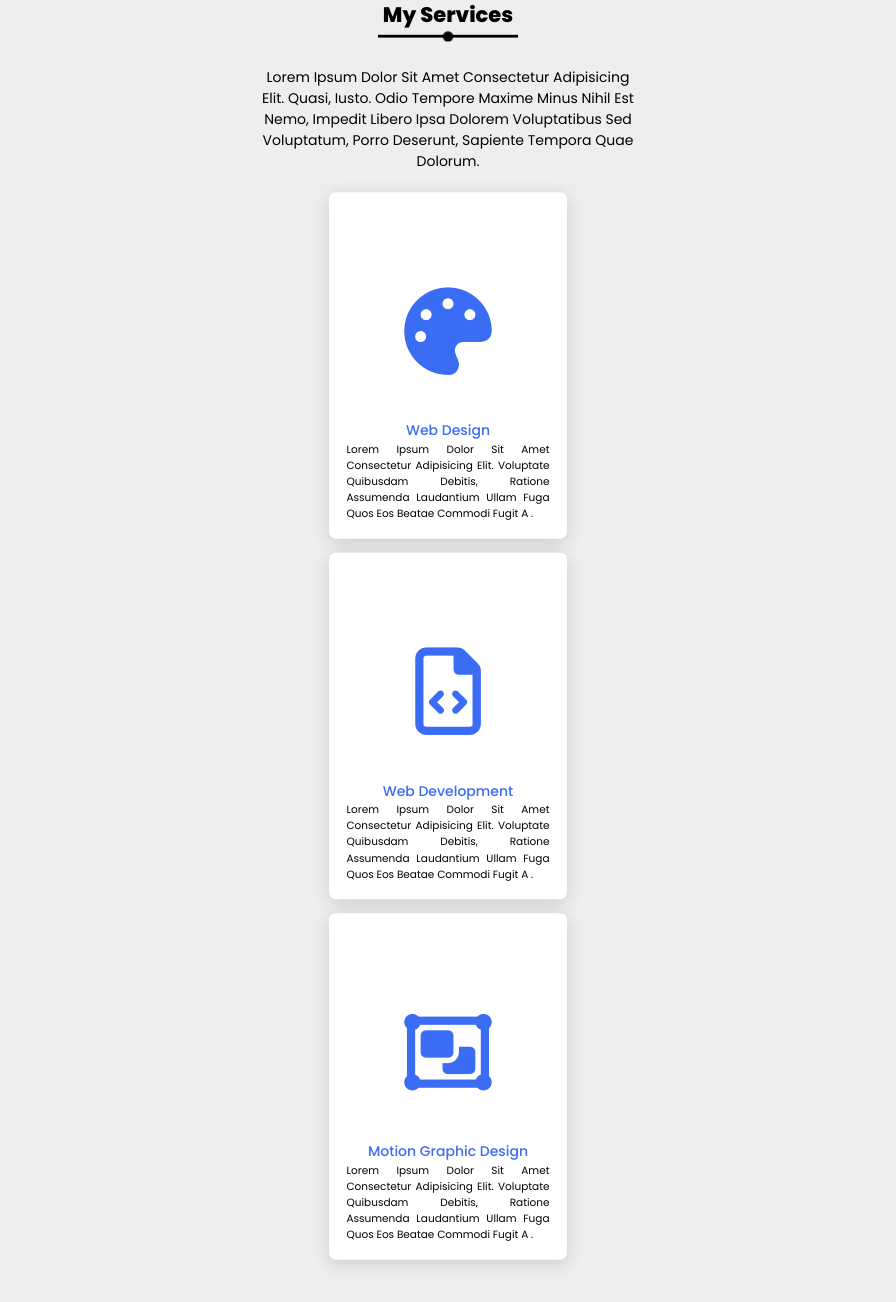
Repository: Pinocoding/New
Page: index.html
An editor plug-in stored every save of this project. The page is shown before and after the next save, followed by the edit.
The browser window is 1280 px wide. The pictures show the part of the page from y = 2544 to 4464 px (the page is 4404 px tall before and 4464 px after), at 70% of full size.
Backgrounds fixed to the window are drawn as part of the page.

Above is the page before, as saved 2021-10-13 23:45:56.

After the next save:
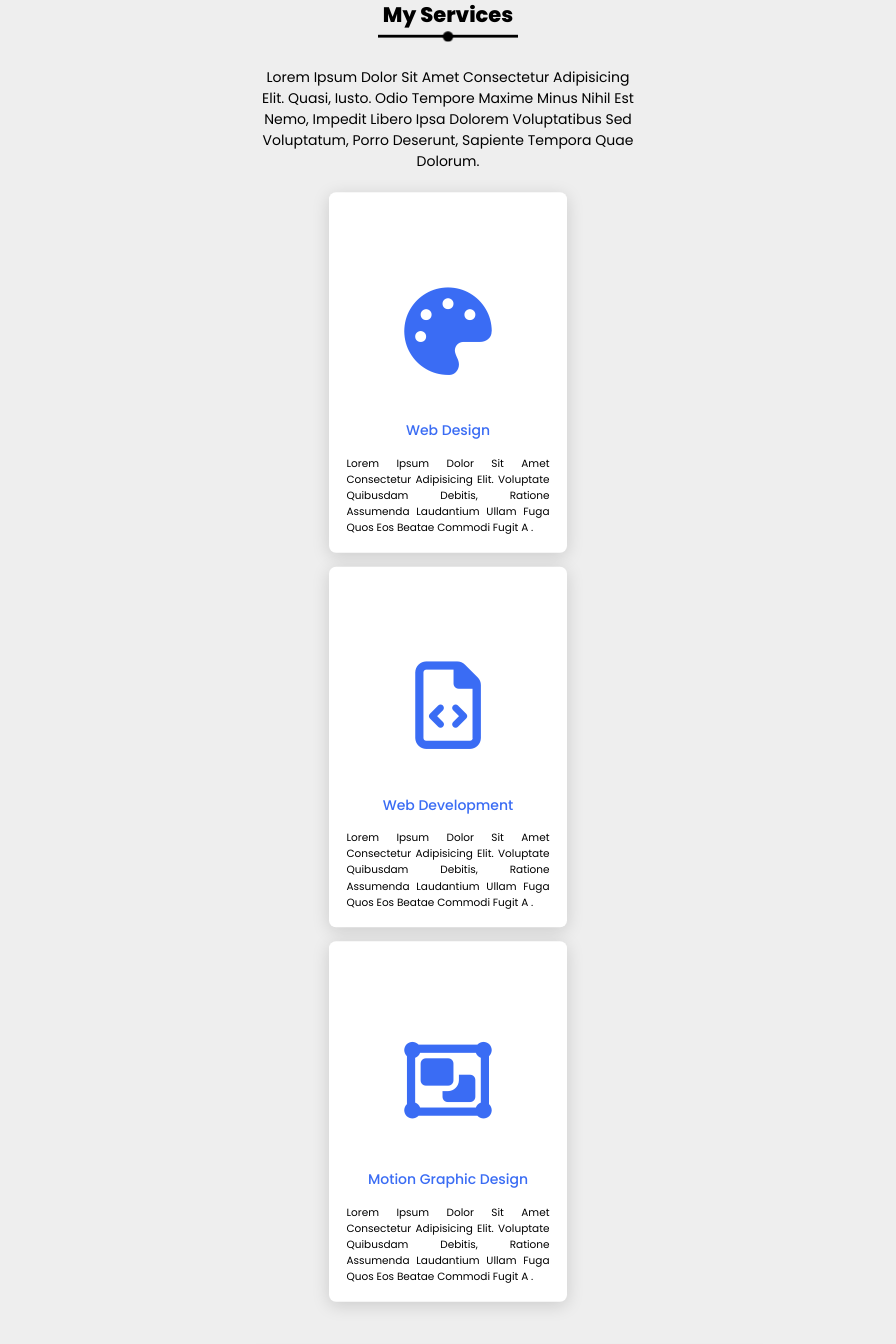
Saved 11 s later.
--- a/style.css
+++ b/style.css
@@ -403,5 +403,6 @@ section {
   font-size: 2rem;
   color: #3a6cf4;
   font-weight: 500;
-}
-/*  */
+  margin-bottom: 2rem;
+}
+/*  */
